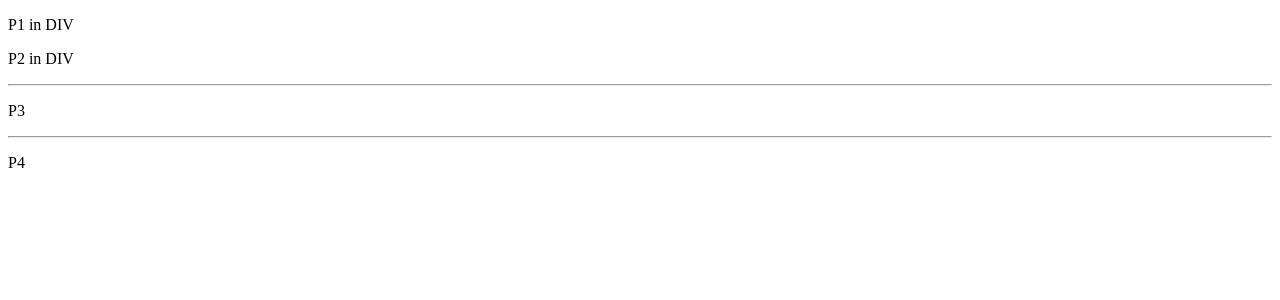
Repository: lixinso/html5
Page: workspace/CSS3/WebContent/selector/selector_brother.html
These files come from the project's save history. The page is drawn as it stood at one moment and after the next save; the edit follows.
The browser window is 1280 px wide. The pictures show the whole page.

Above is the page before, as saved 2011-05-27 15:26:15.

After the next save:
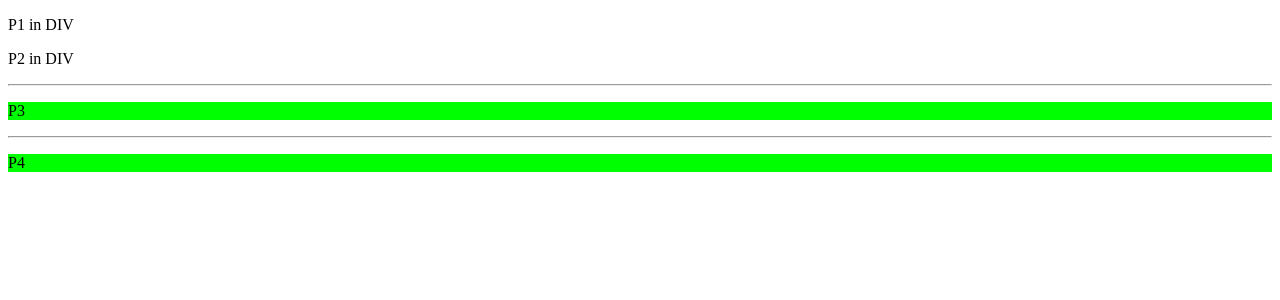
Saved 37 s later.
--- a/workspace/CSS3/WebContent/selector/selector_brother.html
+++ b/workspace/CSS3/WebContent/selector/selector_brother.html
@@ -7,22 +7,7 @@
 <style type="text/css">
 
 
-	p::selection{
-
-		background:red;
-		color:#FFF;
-	}
-
- 	input[type="text"]::selection{
- 		background:gray;
- 		color:#FFF
- 	}
-
- 	td::selection{
- 		background:green;
- 		color:#FFF
- 	}
-
+	div ~ p {background-color:#00FF00; }
 
 
 </style>
